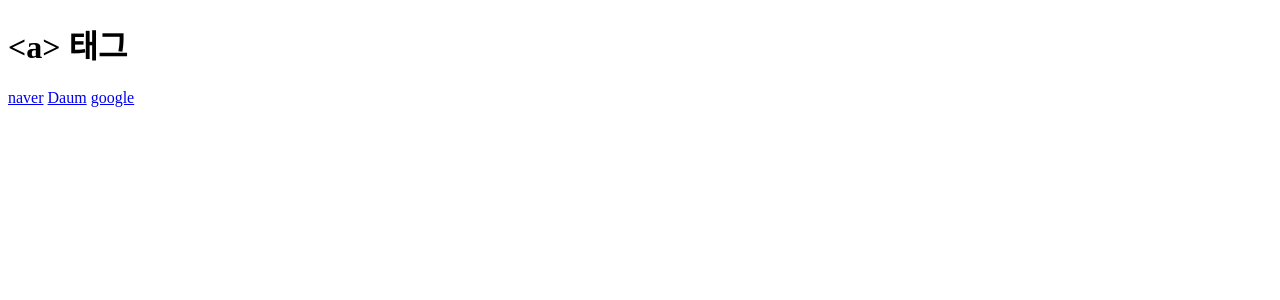
Repository: JeongHyeongKim/practice_myself
Page: Si_basic/WebProject/setp01_HTMLCS/WebContent/HTML/ex02_aTag.html
An editor plug-in stored every save of this project. The page is shown before and after the next save, followed by the edit.
The browser window is 1280 px wide. The pictures show the whole page.

Above is the page before, as saved 2019-04-22 02:48:17.

### Si_basic/WebProject/setp01_HTMLCS/WebContent/HTML/ex02_aTag.html
<!DOCTYPE html>
<html>
	<head>
		<meta charset="UTF-8">
		<title>300 Parmently Moved</title>
	</head>

	<body>
		<h1>&lt;a&gt; 태그</h1>
		<!--
			target 속성 : 열리는 페이지의 위치를 설정 할 수 있다.
			_self : 현재창 -> default 설정임.
			_blank : 새창
			_top : 전체창
			_parent : 부모창
			이름 : 설정한 이름창
		 -->
		<a href="http://www.naver.com">naver</a>
		<a href="http://www.daum.net">Daum</a>
		<a href="http://www.google.com">google</a>
	</body>
</html>

After the next save:
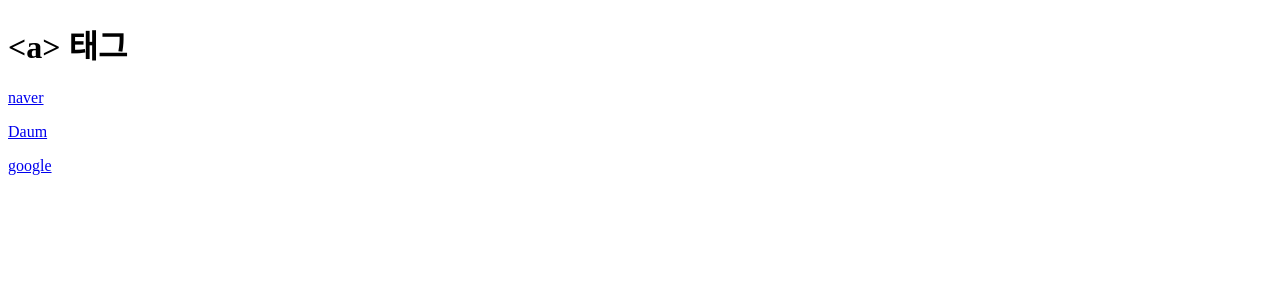
Saved 85 s later.
--- a/Si_basic/WebProject/setp01_HTMLCS/WebContent/HTML/ex02_aTag.html
+++ b/Si_basic/WebProject/setp01_HTMLCS/WebContent/HTML/ex02_aTag.html
@@ -15,8 +15,8 @@
 			_parent : 부모창
 			이름 : 설정한 이름창
 		 -->
-		<a href="http://www.naver.com">naver</a>
-		<a href="http://www.daum.net">Daum</a>
-		<a href="http://www.google.com">google</a>
+		<a href="http://www.naver.com" target="_blank">naver</a> <p/>
+		<a href="http://www.daum.net">Daum</a> <p/>
+		<a href="http://www.google.com">google</a> <p/>
 	</body>
 </html>
